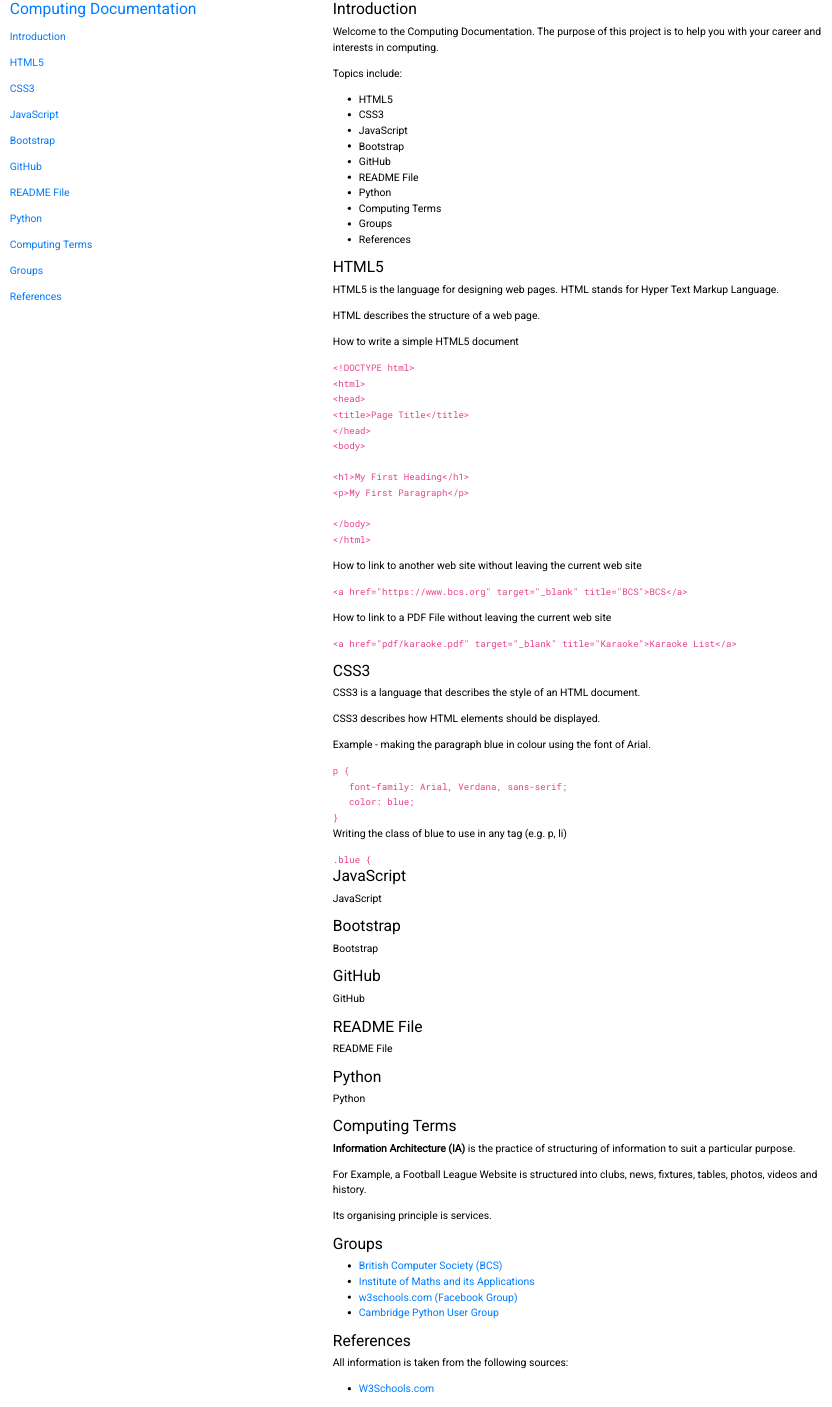
Repository: derektypist/technical-documentation-page
Page: index.html
The author's editor kept a record of every edit. The page is drawn from the files as they stood at one moment, then again after the next edit.
The browser window is 1280 px wide. The pictures show the whole page, at 65% of full size.

Above is the page before.

After the next edit:
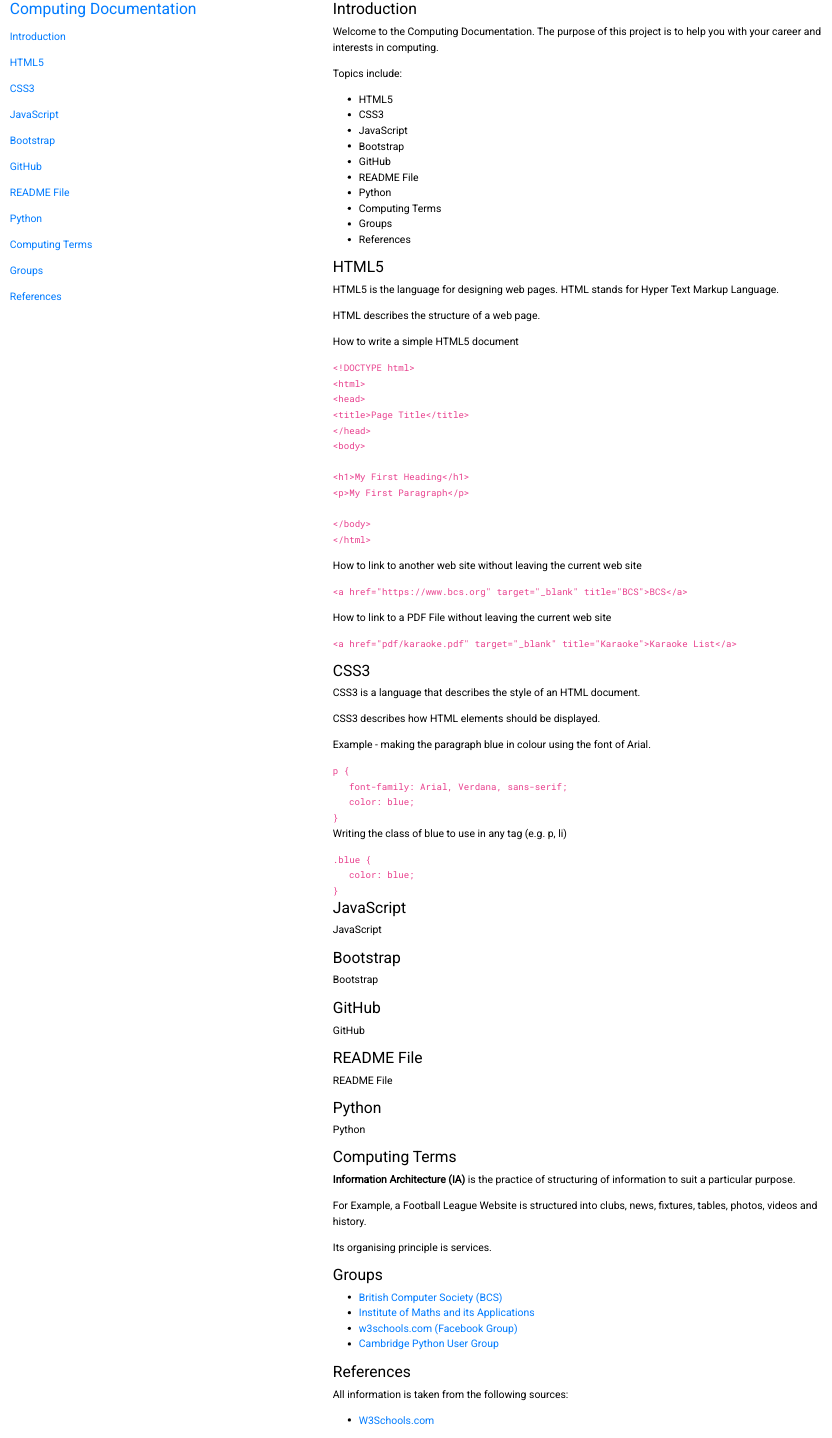
The edit:
--- a/index.html
+++ b/index.html
@@ -178,6 +178,9 @@
         <p>Writing the class of blue to use in any tag (e.g. p, li)</p>
         <code>
           .blue {
+          <br><span class="indent">color: blue;</span><br>
+          } <br>
+
         </code>
       </article>
     </section>
